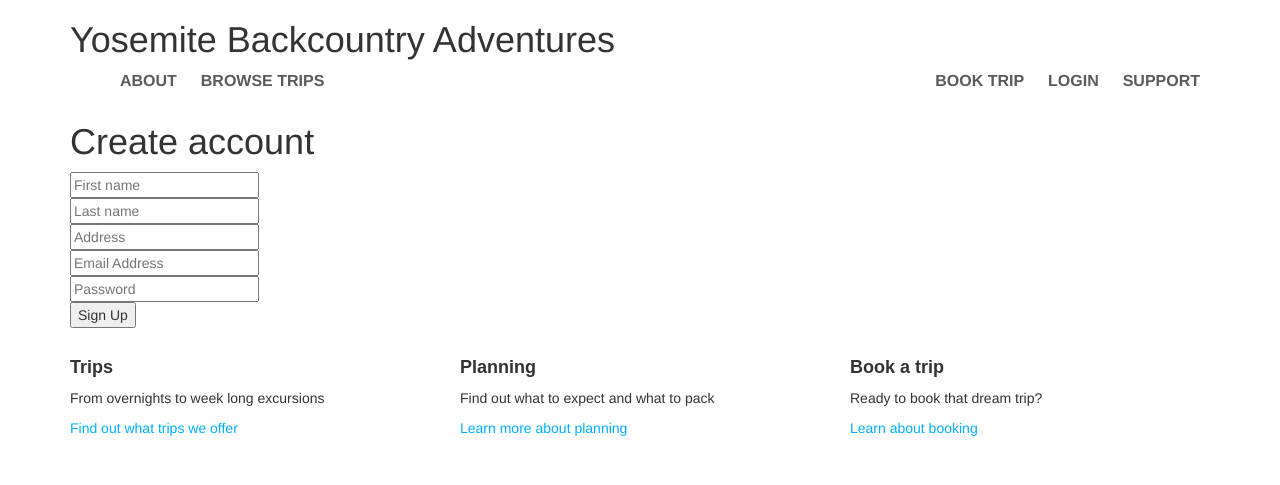
Repository: nageek17/eadventures
Page: http://localhost/register.php
The author's editor kept a record of every edit. The page is drawn from the files as they stood at one moment, then again after the next edit.
The browser window is 1280 px wide. The pictures show the whole page.
Some web libraries are served in a nearby version. The page is run by PHP 8.4 with error messages shown; the project is at /var/www/html/.

Above is the page before.
Console error (its wording comes from the project's code and is left out).

After the next edit:
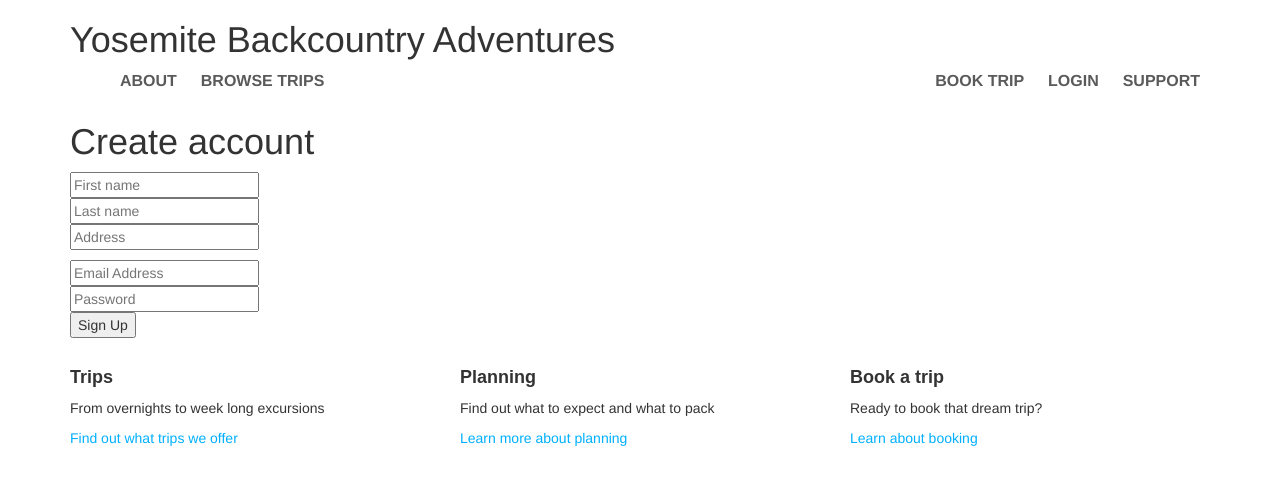
The edit:
--- a/register.php
+++ b/register.php
@@ -56,6 +56,7 @@
         <input type="text" name="first" class="reg" placeholder="First name"><br>
         <input type="text" name="last" class="reg" placeholder="Last name"><br>
         <input type="text" name="address" class="reg" placeholder="Address"><br>
+        </p>
         <input type="text" name="email" class="reg" placeholder="Email Address"><br>
         <input type="password" name="password" class="reg" placeholder="Password"><br>
         <p class="action_bottom">
